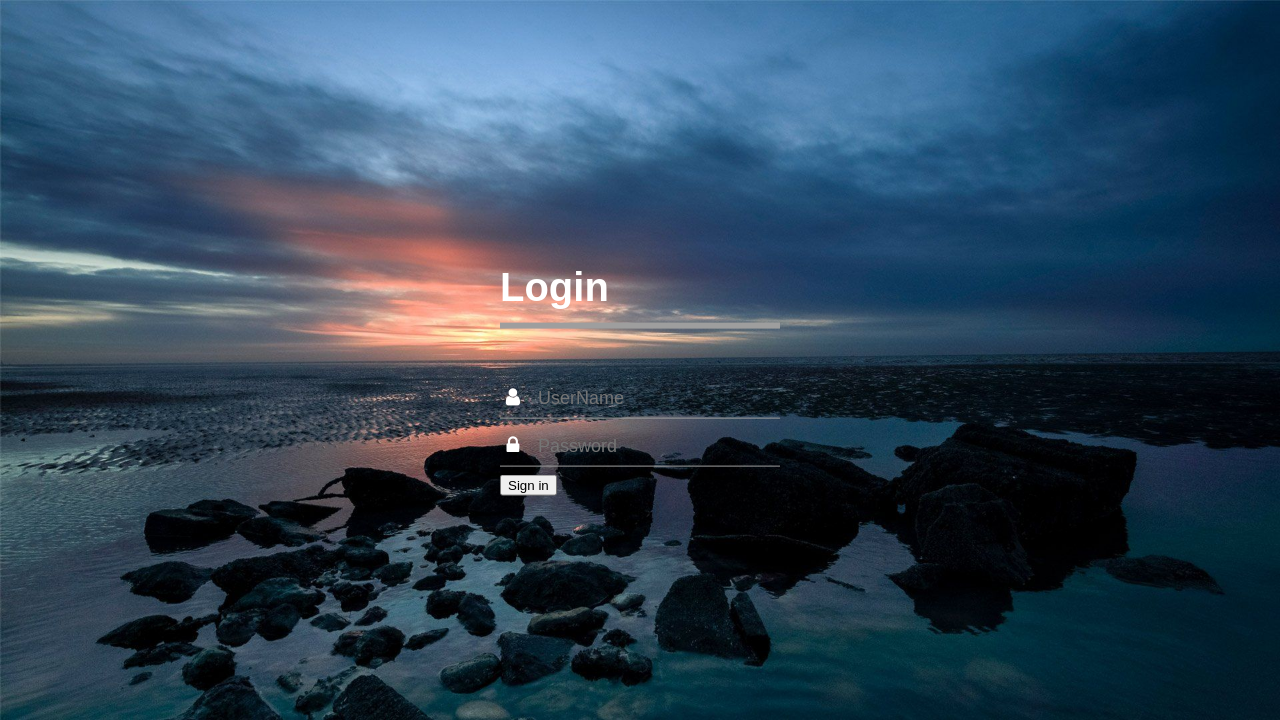
Repository: Berilinanir/Login-Logout-System
Page: Loginn/WebContent/login.html
An editor plug-in stored every save of this project. The page is shown before and after the next save, followed by the edit.
The browser window is 1280 px wide. The pictures show the whole page.

Above is the page before, as saved 2018-10-13 13:11:01.

### Loginn/WebContent/login.html
<!DOCTYPE html>
<html>
<head>
<meta charset="UTF-8">

<title>Login Form</title>

<link rel="stylesheet" href="style2.css">

</head>
<body>

 <form method="post" action="Login">


 <div class="login-box">

 <h1>Login</h1>

<div class="textbox">

      <i class="fa fa-user" aria-hidden="true" ></i>

  <input type="text" placeholder="UserName"  name="" value="">

 </div>

 <div class="textbox">

     <i class="fa fa-lock" aria-hidden="true"></i>

  <input type="password" placeholder="Password"  name="" value="">

 </div>

 <input class="btn" type="button"  name="" value="Sign in">

 </form>
</body>
</html>

### Loginn/WebContent/style2.css
@charset "UTF-8";

@import "https://stackpath.bootstrapcdn.com/font-awesome/4.7.0/css/font-awesome.min.css";

body{

	margin:0;
	padding:0;
	font-family:sans-serif;
	background:url("resim4.jpg") no-repeat;
	background-size:cover;

}

.login-box{

	  width:280px;
	  position:absolute;
	  top:50%;
	  left:50%;
	  transform:translate(-50%,-50%);
	  color:white;

}

.login-box h1{

	 float:inherit;
	 font-size:40px;
	 border-bottom:6px solid #9e9e9e;
	 margin-bottom:50px;
	 padding:13px 0

}

.textbox{

	width:100%;
	overflow:hidden;
	font-size:20px;
	padding:8px 0;
	margin:8px 0;
	border-bottom:1px solid #9e9e9e;

}

.textbox i{

	width:26px;
	float:left;
	text-align:center;

}

.textbox input{

	border:none;
	outline:none;
	background:none;
	color:white;
	font-size:18px;
	width:80%;
	float:left;
	margin:0 10px;
}

After the next save:
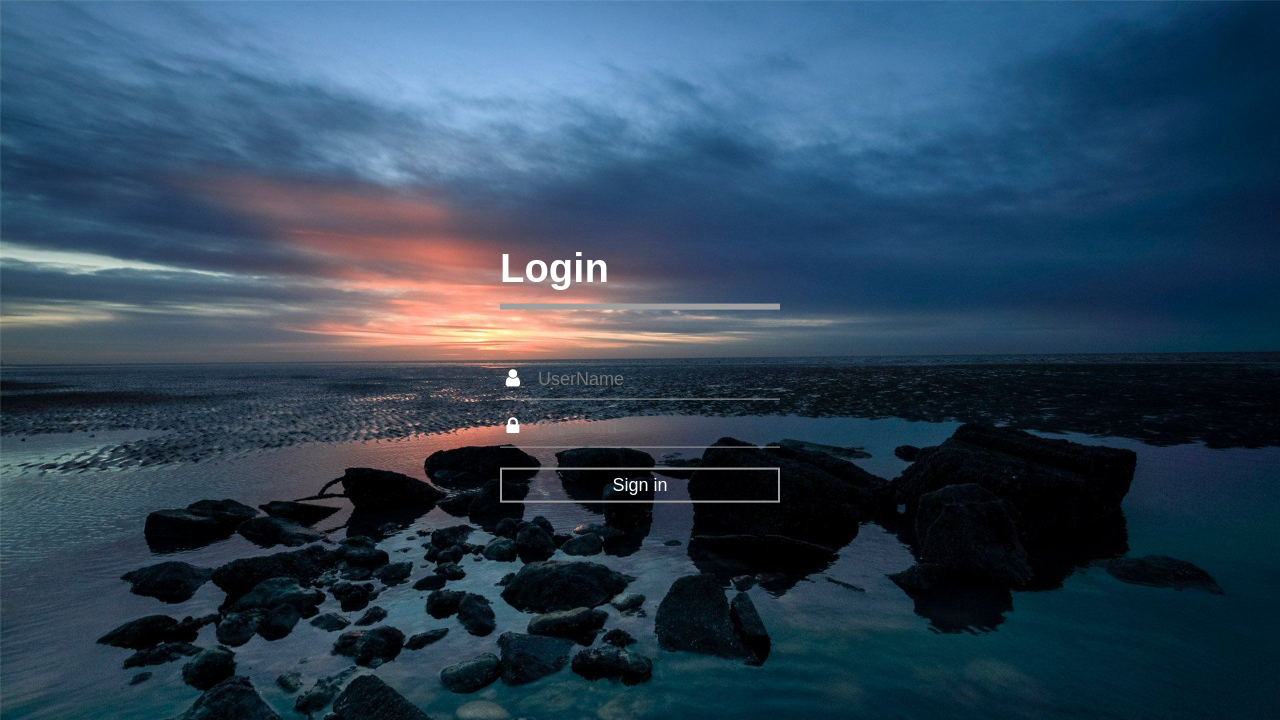
Saved 3 min 50 s later.
--- a/Loginn/WebContent/style2.css
+++ b/Loginn/WebContent/style2.css
@@ -63,3 +63,16 @@ body{
 	float:left;
 	margin:0 10px;
 }
+
+.btn{
+
+	width:100%;
+	background:none;
+	border:2px solid #9e9e9e;
+	color:white;
+	padding:5px;
+	font-size:18px;
+	cursor:pointer;
+	margin:12px 0;
+
+}
